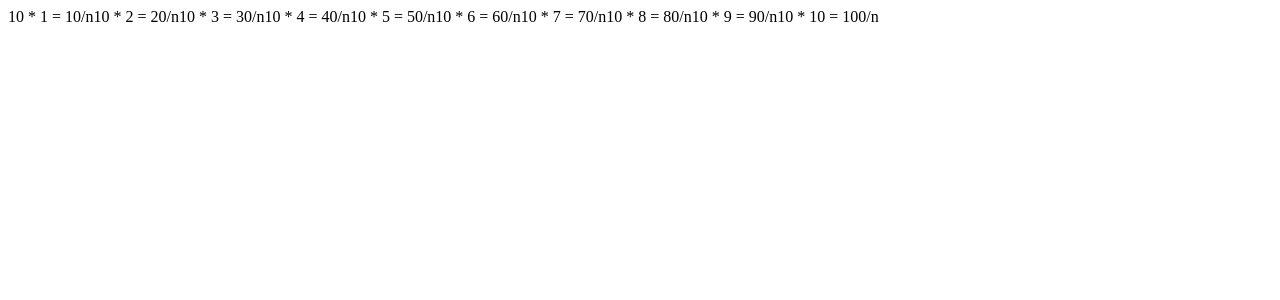
Repository: Fablilsonoliver/logica1
Page: index.html
An editor plug-in stored every save of this project. The page is shown before and after a run of saves, followed by the edit.
The browser window is 1280 px wide. The pictures show the whole page.

Above is the page before, as saved 2025-04-29 11:13:47.

After the next 2 saves:
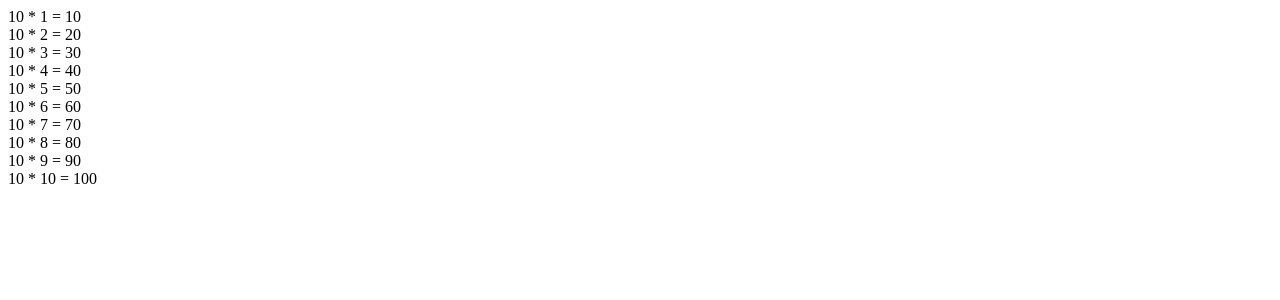
The 2 saves are shown as one change because they came seconds apart.
The last was saved 5 s later.
--- a/app.js
+++ b/app.js
@@ -31,7 +31,7 @@
     let i = 1;
     let array = [];
     while (i <= 10) {
-        array += `${numero} * ${i} = ${numero * i}/n`;
+        array += `${numero} * ${i} = ${numero * i}<br>`;
         i++;
     }
 
